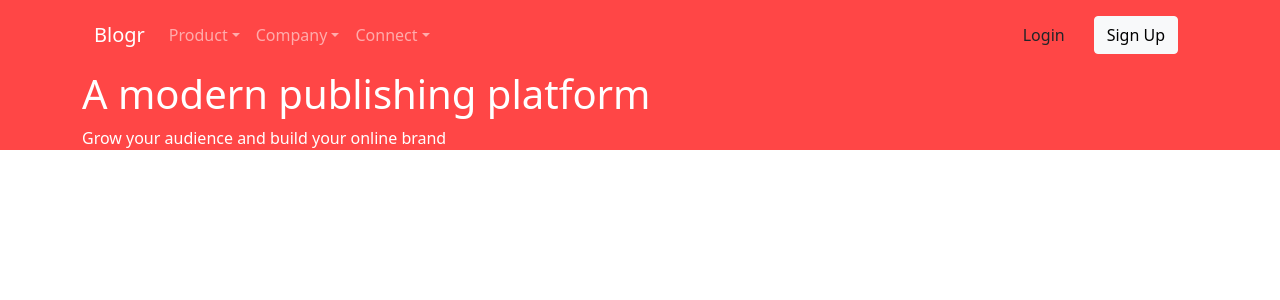
Repository: badhon252/blogr-landing-page
Page: /
These files come from the project's save history. The page is drawn as it stood at one moment and after the next save; the edit follows.
The browser window is 1280 px wide. The pictures show the whole page.
The project was rebuilt for these pictures with package versions that can differ from the ones it lists, and the page was loaded fresh each time.

Above is the page before, as saved 2022-01-17 23:02:35.

After the next save:
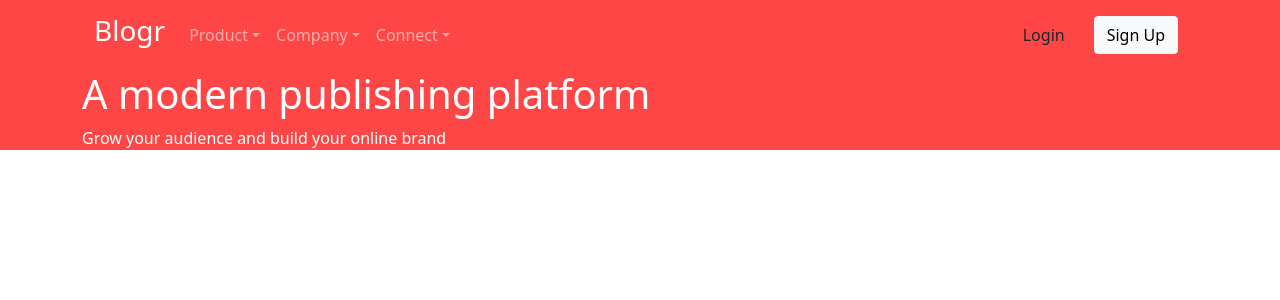
Saved 115 s later.
--- a/src/components/Header/Nav.js
+++ b/src/components/Header/Nav.js
@@ -6,7 +6,7 @@ const Nav = () => {
       <nav className="navbar navbar-expand-lg navbar-dark">
         <div className="container-fluid">
           <a className="navbar-brand" href="/">
-            Blogr
+            <h3>Blogr</h3>
           </a>
           <button
             className="navbar-toggler"
